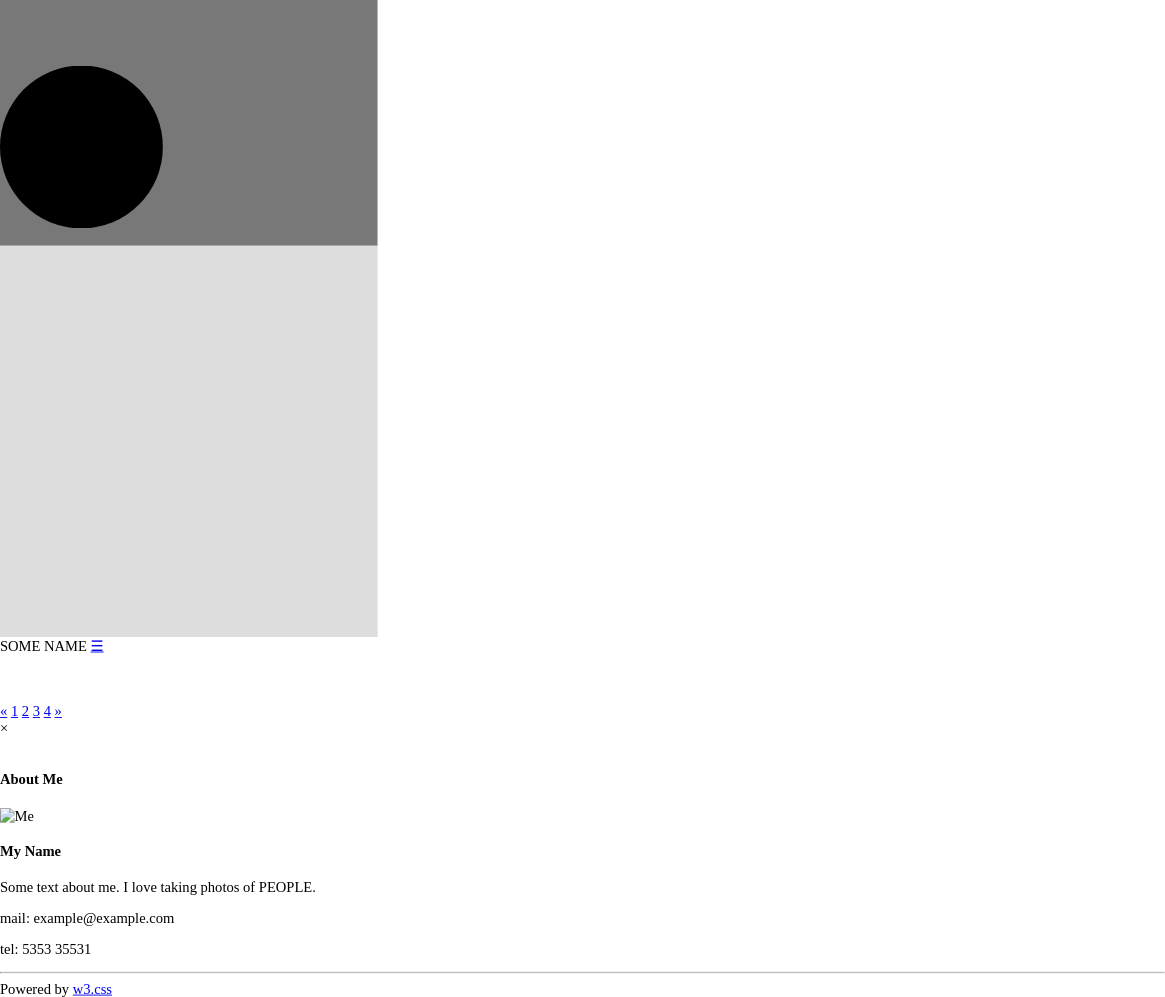
Repository: Jennica1/Frontend-Final
Page: index.html
These files come from the project's save history. The page is drawn as it stood at one moment and after a run of saves; the edit follows.
The browser window is 1280 px wide. The pictures show the whole page, at 91% of full size.

Above is the page before, as saved 2024-05-09 20:54:00.

### index.html
<!DOCTYPE html>
<html lang="en">
<head>
<title>W3.CSS Template</title>
<meta charset="UTF-8">
<meta name="viewport" content="width=device-width, initial-scale=1">
<link rel="stylesheet" href="style.css">
<body>

<!-- Sidebar/menu -->
<!--
<nav class="" style="" id="mySidebar"><br>
  <h3 class=""><b>SOME<br>NAME</b></h3>
  <a href="javascript:void(0)" onclick="w3_close()" class="">CLOSE</a>
  <a href="#" onclick="w3_close()" class="">PORTFOLIO</a>
  <a href="#about" onclick="w3_close()" class="">ABOUT ME</a>
</nav>
-->

<!--Side Nav-->
<div class="sidebar">
<img src="images/Ellipse 1.svg" class="profile"/>
<img src="images/Rectangle 2.svg" class="background-photo"/>
</div>
<!-- Top menu on small screens -->
<header class="">
  <span class="">SOME NAME</span>
  <a href="javascript:void(0)" class="" onclick="w3_open()">☰</a>
</header>

<!-- Overlay effect when opening sidebar on small screens -->
<div class="" onclick="w3_close()" style="" title="" id="myOverlay"></div>

<!-- !PAGE CONTENT! -->
<div class="" style="">

  <!-- Push down content on small screens -->
  <div class="" style=""></div>

  <!-- Photo grid -->
  <div class="">
    <div class="w3-third">
      <img src="" style="width:100%" onclick="onClick(this)" alt="">
      <img src="" style="width:100%" onclick="onClick(this)" alt="">
      <img src="" style="width:100%" onclick="onClick(this)" alt="">
    </div>

  <div class="">
      <img src="" style="width:100%" onclick="onClick(this)" alt="">
      <img src="" style="width:100%" onclick="onClick(this)" alt="">
      <img src="" style="width:100%" onclick="onClick(this)" alt="">
  </div>

  <div class="">
      <img src="" style="width:100%" onclick="onClick(this)" alt="">
      <img src="" style="width:100%" onclick="onClick(this)" alt="">
      <img src="" style="width:100%" onclick="onClick(this)" alt="">
    </div>
  </div>

  <!-- Pagination -->
  <div class="">
    <div class="">
      <a href="#" class="">«</a>
      <a href="#" class="">1</a>
      <a href="#" class="">2</a>
      <a href="#" class="">3</a>
      <a href="#" class="">4</a>
      <a href="#" class="">»</a>
    </div>
  </div>

  <!-- Modal for full size images on click-->
  <div id="modal01" class="" style="" onclick="this.style.display='none'">
    <span class="">×</span>
    <div class="">
      <img id="" class="">
      <p id="caption"></p>
    </div>
  </div>

  <!-- About section -->
  <div class="" id="about">
    <h4><b>About Me</b></h4>
    <img src="" alt="Me" class="" width="600" height="650">
    <div class="" style="">
      <h4>My Name</h4>
      <p>Some text about me. I love taking photos of PEOPLE.
      </p>
      <p>mail: example@example.com</p>
      <p>tel: 5353 35531</p>
      <hr class="">

  <!-- Footer -->
  </footer>

  <div class="w3-black w3-center w3-padding-24">Powered by <a href="https://www.w3schools.com/w3css/default.asp" title="W3.CSS" target="_blank" class="w3-hover-opacity">w3.css</a></div>

<!-- End page content -->
</div>

<script>
function w3_open() {
  document.getElementById("mySidebar").style.display = "block";
  document.getElementById("myOverlay").style.display = "block";
}

function w3_close() {
  document.getElementById("mySidebar").style.display = "none";
  document.getElementById("myOverlay").style.display = "none";
}

// Modal Image Gallery
function onClick(element) {
  document.getElementById("img01").src = element.src;
  document.getElementById("modal01").style.display = "block";
  var captionText = document.getElementById("caption");
  captionText.innerHTML = element.alt;
}
</script>


</body>
</html>

### style.css
body {
  display: flex;
  justify-content: center;
  flex-direction: column;
  min-height: 100%;
  margin: 0;
}

.sidebar {
  display: flex;
  width: 415px;
  height: 700px;
  background-color: rgb(221, 221, 221);
  z-index: 0;
}

.profile {
  z-index: 1;
  position: absolute;
  margin-top: 10vh;
}

.background-photo {
  z-index: 0;
  position: absolute;
}

After the next 2 saves:
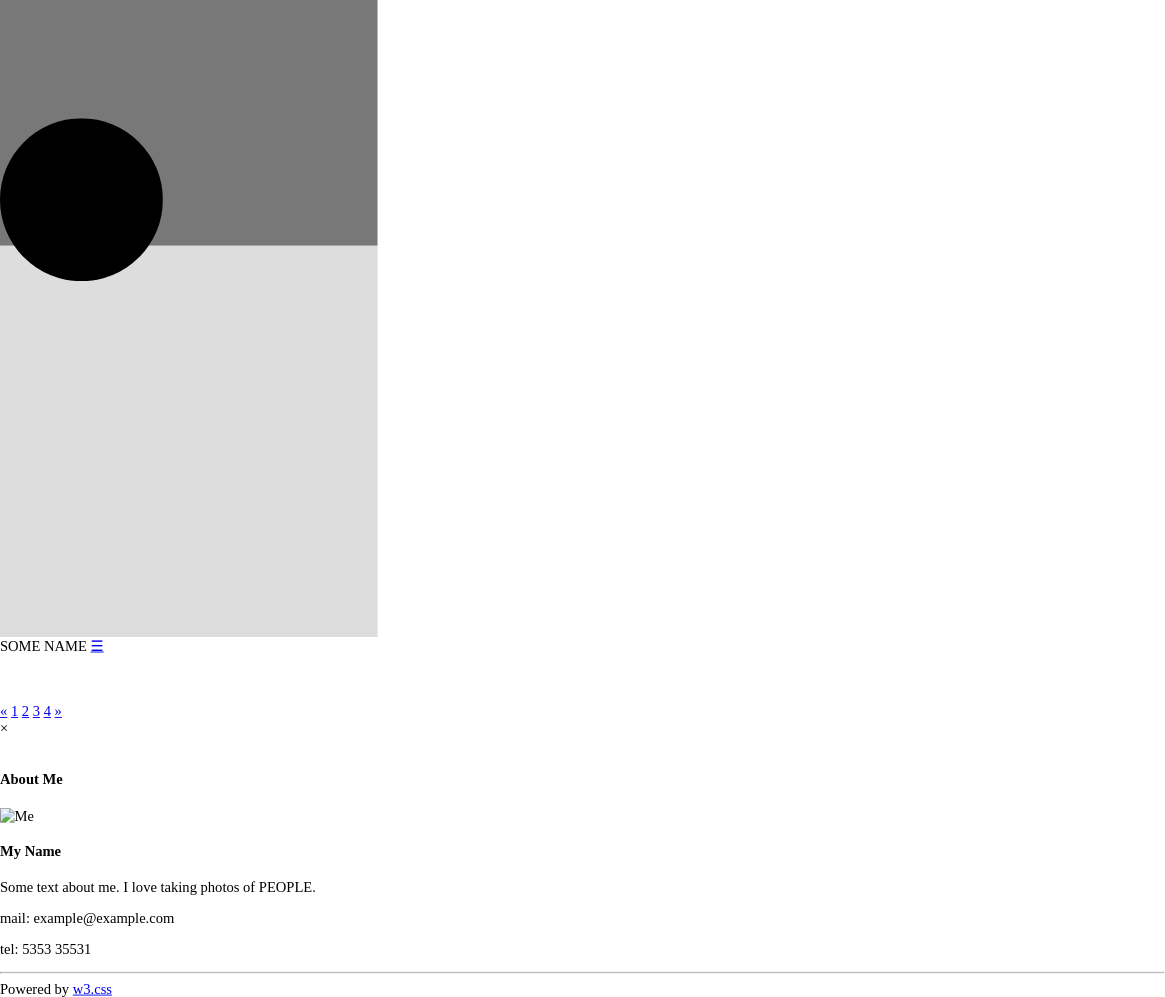
The 2 saves are shown as one change because they came seconds apart.
The last was saved 7 s later.
--- a/style.css
+++ b/style.css
@@ -17,7 +17,7 @@ body {
 .profile {
   z-index: 1;
   position: absolute;
-  margin-top: 10vh;
+  margin-top: 18vh;
 }
 
 .background-photo {
